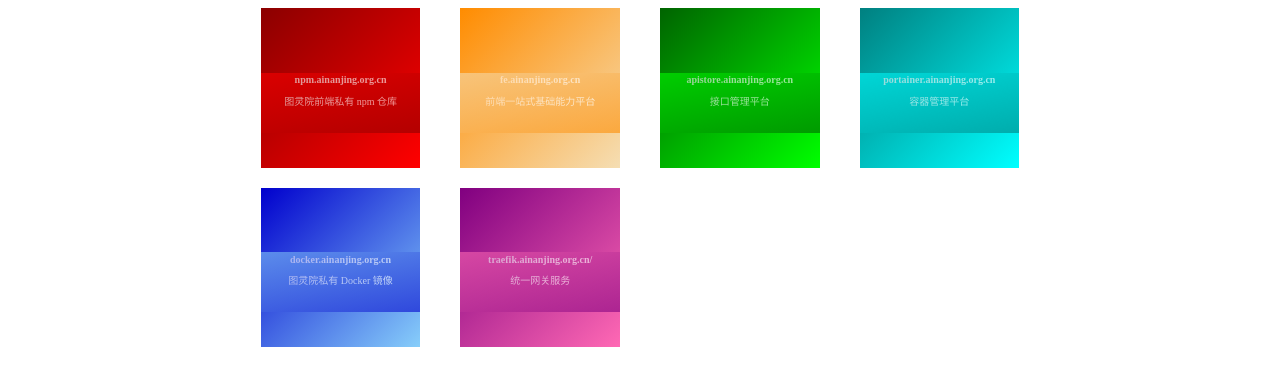
Repository: heweiwei1/portainer
Page: index.html
These files come from the project's save history. The page is drawn as it stood at one moment and after the next save; the edit follows.
The browser window is 1280 px wide. The pictures show the whole page.

Above is the page before, as saved 2021-04-13 18:18:06.

After the next save:
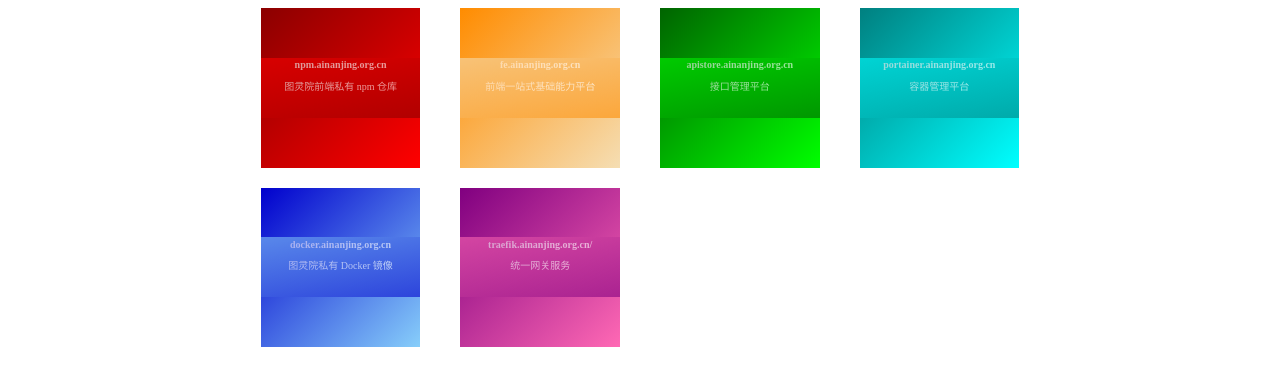
Saved 35 s later.
--- a/index.css
+++ b/index.css
@@ -24,7 +24,7 @@ a {
 }
 .trans {
   position:absolute;
-  top: 64.8px;
+  top: 49.8px;
   width: 119.59px;
   padding: 30px 20px;
   display: flex;
